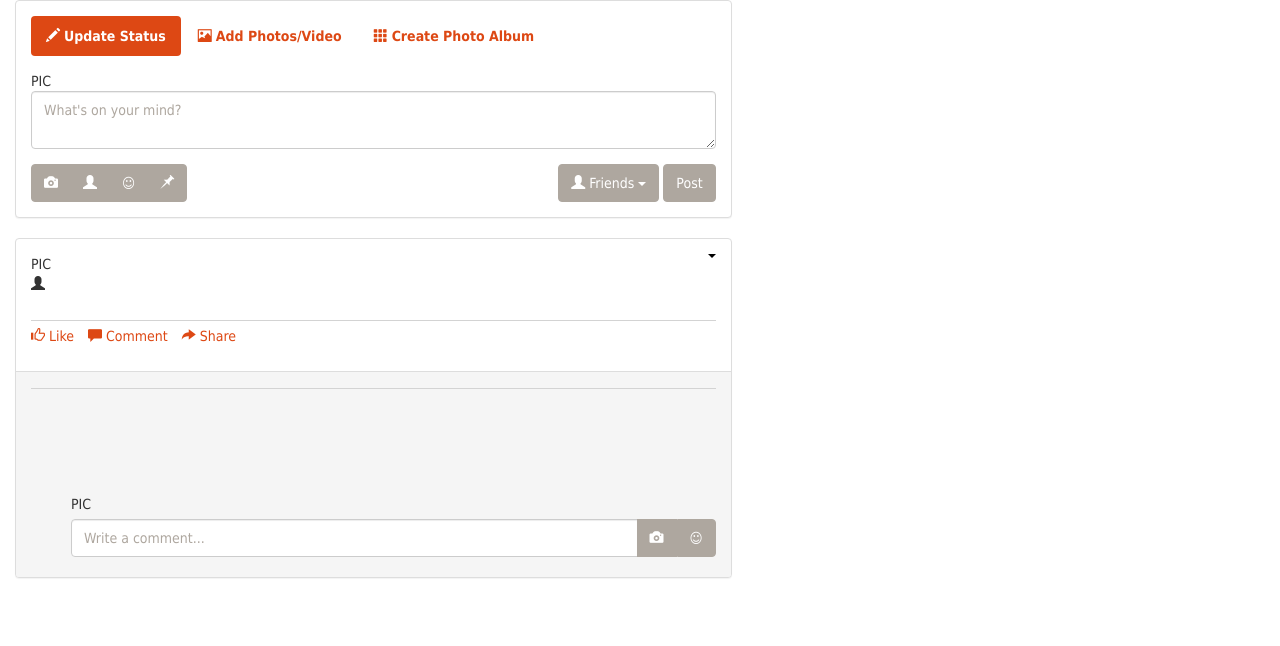
Repository: harshagithub19/news_feed
Page: fbapp3/src/main/webapp/newcheck.html
The author's editor kept a copy of each file at every save. The page is drawn from the files as they stood at one save, then again after the next save.
The browser window is 1280 px wide. The pictures show the whole page.
The page's requests for data from a server got no answer. Some web fonts or font styles are not loaded; a fallback is used. Some web libraries are served in a nearby version.

Above is the page before, as saved 2017-03-03 20:23:29.

After the next save:
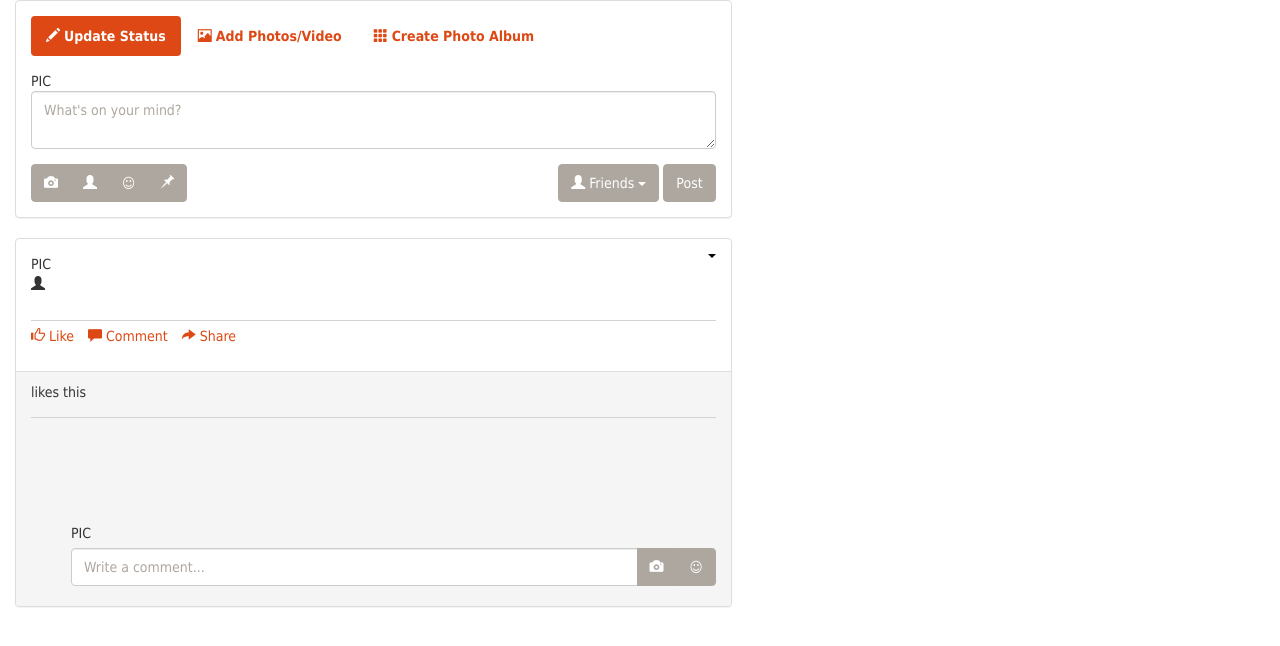
Saved 40 s later.
--- a/fbapp3/src/main/webapp/newcheck.html
+++ b/fbapp3/src/main/webapp/newcheck.html
@@ -232,8 +232,8 @@
  <!-- panel body footer -->
  <div class="panel-footer" id="o">
 	  <div class="row">
-	    <div class="col-md-12" id="likesCount">
-
+	    <div class="col-md-12">
+	       <pid="likesCount"> likes this</p>
 	    </div>
 
 	   </div>
